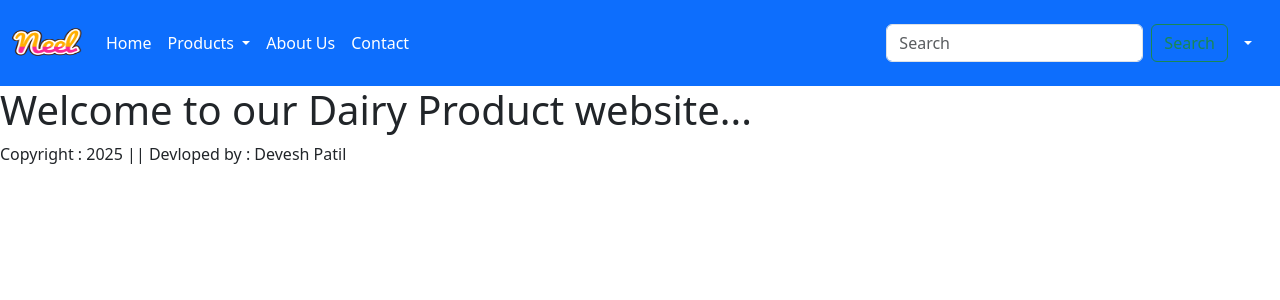
Repository: DeveshPatill/mydjango
Page: http://localhost/
These files come from the project's save history. The page is drawn as it stood at one moment and after the next save; the edit follows.
The browser window is 1280 px wide. The pictures show the whole page.
The page is served by the project's application, run on Django 5.2 (ec/manage.py).

Above is the page before, as saved 2025-03-21 16:22:56.

After the next save:
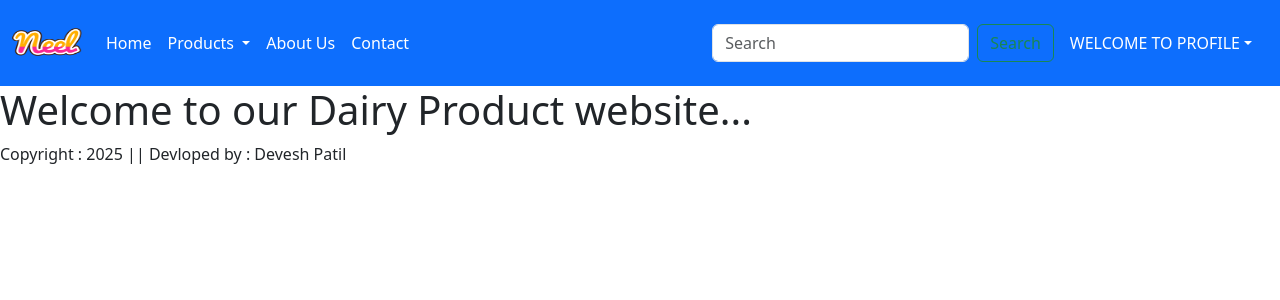
Saved 38 s later.
--- a/ec/app/templates/app/base.html
+++ b/ec/app/templates/app/base.html
@@ -59,7 +59,7 @@
           </div>
           <ul class="navbar-nav me-auto mb-2 mb-lg-0">
             <li class="nav-item dropdown mx-2">
-                <a class="nav-link dropdown-toggle text-white" href="#" id="profileDropdown" role="button" data-bs-toggle="dropdown" aria-expanded="false"></a>
+                <a class="nav-link dropdown-toggle text-white" href="#" id="profileDropdown" role="button" data-bs-toggle="dropdown" aria-expanded="false">WELCOME TO PROFILE</a>
             </li>
           </ul>
         </div>
